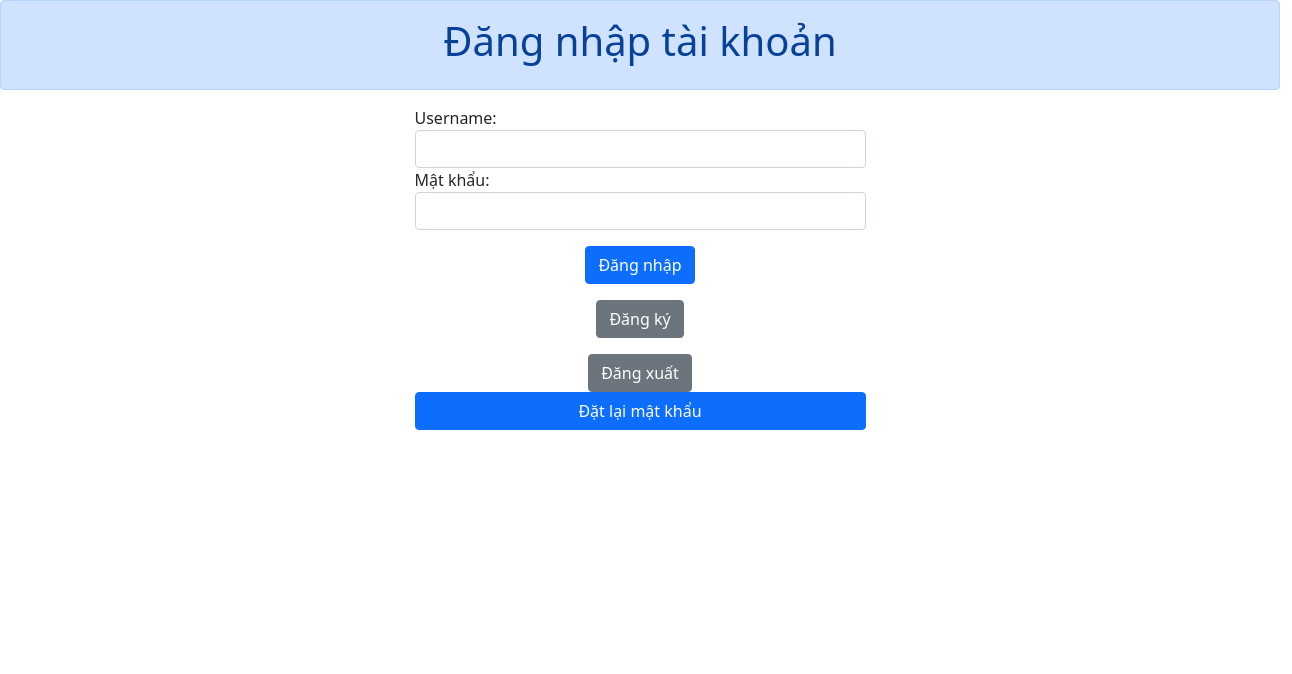
Repository: Carwyn1101/NguyenDinhHongPhuc_22133041
Page: http://localhost/LapTrinhWeb/views/login.jsp
An editor plug-in stored every save of this project. The page is shown before and after the next save, followed by the edit.
The browser window is 1280 px wide. The page is 1292 px wide, then 1280 px, so the pictures cover 1292 px, including what lies to the right of the window. The pictures show the whole page.
The page is served by Tomcat 10. Nobody is signed in. The application's start-up code is not run. Other server files are loaded and not shown.

Above is the page before, as saved 2024-09-15 07:17:14.

### LapTrinhWeb/src/main/webapp/views/login.jsp
<%@ page language="java" contentType="text/html; charset=UTF-8"
	pageEncoding="UTF-8"%>
<%@ taglib prefix="c" uri="http://java.sun.com/jsp/jstl/core" %>
<!DOCTYPE html>
<html>
<head>
<meta charset="UTF-8">
<meta name="viewport" content="width=device-width, initial-scale=1">
<!-- Bootstrap CSS -->
<link
	href="https://cdn.jsdelivr.net/npm/bootstrap@5.0.2/dist/css/
bootstrap.min.css"
	rel="stylesheet">
<title>Đăng nhập tài khoản</title>
</head>
<body>
	<header class="row">
		<div class="col">
			<div class="alert alert-primary col" align="center" >
				<h1>Đăng nhập tài khoản</h1>
			</div>
		</div>
	</header>
	<div class="container">
		<div class="row justify-content-center">
			<div class="col-12 col-md-5">
				<form action="login" method="post">
							<c:if test="${alert != null}">
								<label class="alert alert-danger">${alert}</label>
							</c:if>
					<div class="form-group">
						<label for="username">Username:</label> <input type="text" id="username"
							name="username" class="form-control" />
					</div>
					<div class="form-group">
						<label for="password">Mật khẩu: </label> <input type="password"
							id="password" name="password" class="form-control" />
					</div>
					<div class="form-group mt-3" align="center">
						<button type="submit" class="btn btn-primary">Đăng nhập</button>
					</div>
					<div class="form-group mt-3" align="center">
						<!-- Button chuyển hướng tới trang đăng ký -->
						<button type="button" class="btn btn-secondary" onclick="window.location.href='views/register.jsp'">Đăng ký</button>
					</div>
					<div class="form-group mt-3" align="center">
						<!-- Button logout -->
						<button type="button" class="btn btn-secondary" >Đăng xuất</button>
					</div>
					<div class="d-grid">
                        <button type="submit" class="btn btn-primary">Đặt lại mật khẩu</button>
                    </div>
				</form>
			</div>
		</div>
	</div>
</body>
</html>

After the next save:
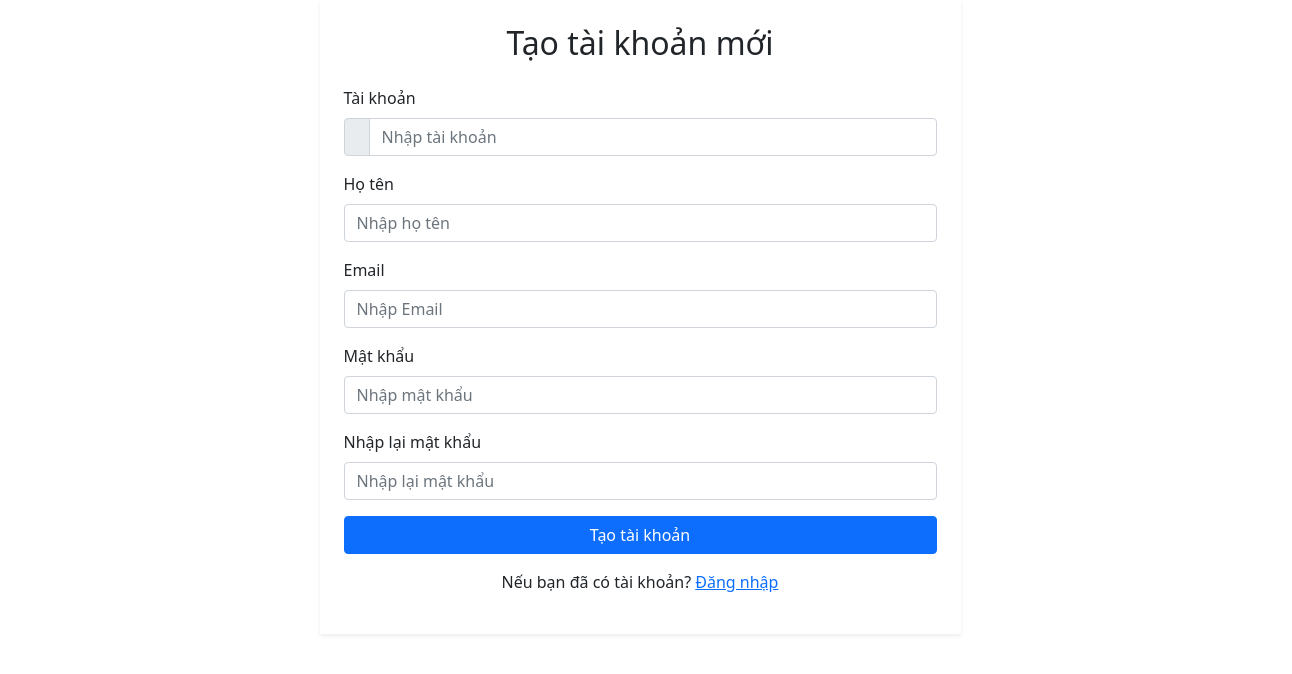
Saved 6 h 40 min later.
--- a/LapTrinhWeb/src/main/webapp/views/login.jsp
+++ b/LapTrinhWeb/src/main/webapp/views/login.jsp
@@ -10,47 +10,68 @@
 <link
 	href="https://cdn.jsdelivr.net/npm/bootstrap@5.0.2/dist/css/
 bootstrap.min.css"
-	rel="stylesheet">
-<title>Đăng nhập tài khoản</title>
+	rel="stylesheet"">
+<title>Đăng kí tài khoản</title>
 </head>
 <body>
-	<header class="row">
-		<div class="col">
-			<div class="alert alert-primary col" align="center" >
-				<h1>Đăng nhập tài khoản</h1>
-			</div>
-		</div>
-	</header>
 	<div class="container">
-		<div class="row justify-content-center">
-			<div class="col-12 col-md-5">
-				<form action="login" method="post">
+		<div class="section">
+			<div class="row justify-content-center">
+				<div class="col-12 col-md-7">
+					<div class="register-form shadow-sm p-4">
+						<h2 class="text-center mb-4">Tạo tài khoản mới</h2>
+						<form action="register" method="post">
 							<c:if test="${alert != null}">
-								<label class="alert alert-danger">${alert}</label>
+								<h3 class="alert alert-danger">${alert}</h3>
 							</c:if>
-					<div class="form-group">
-						<label for="username">Username:</label> <input type="text" id="username"
-							name="username" class="form-control" />
+
+							<div class="mb-3">
+								<label for="username" class="form-label">Tài khoản</label>
+								<div class="input-group">
+									<span class="input-group-text"> <i class="fa fa-user"></i>
+									</span> <input type="text" class="form-control" id="username"
+										name="username" placeholder="Nhập tài khoản" required>
+								</div>
+							</div>
+
+							<div class="mb-3">
+								<label for="fullname" class="form-label">Họ tên</label> <input
+									type="text" class="form-control" id="fullname" name="fullname"
+									placeholder="Nhập họ tên" required>
+							</div>
+
+							<div class="mb-3">
+								<label for="email" class="form-label">Email</label> <input
+									type="email" class="form-control" id="email" name="email"
+									placeholder="Nhập Email" required>
+							</div>
+
+							<div class="mb-3">
+								<label for="password" class="form-label">Mật khẩu</label> <input
+									type="password" class="form-control" id="password"
+									name="password" placeholder="Nhập mật khẩu" required>
+							</div>
+
+							<div class="mb-3">
+								<label for="confirmPassword" class="form-label">Nhập lại
+									mật khẩu</label> <input type="password" class="form-control"
+									id="confirmPassword" name="confirmPassword"
+									placeholder="Nhập lại mật khẩu" required>
+							</div>
+
+							<div class="d-grid">
+								<button type="submit" class="btn btn-primary">Tạo tài
+									khoản</button>
+							</div>
+
+							<div class="mt-3 text-center">
+								<p>
+									Nếu bạn đã có tài khoản? <a href="/login">Đăng nhập</a>
+								</p>
+							</div>
+						</form>
 					</div>
-					<div class="form-group">
-						<label for="password">Mật khẩu: </label> <input type="password"
-							id="password" name="password" class="form-control" />
-					</div>
-					<div class="form-group mt-3" align="center">
-						<button type="submit" class="btn btn-primary">Đăng nhập</button>
-					</div>
-					<div class="form-group mt-3" align="center">
-						<!-- Button chuyển hướng tới trang đăng ký -->
-						<button type="button" class="btn btn-secondary" onclick="window.location.href='views/register.jsp'">Đăng ký</button>
-					</div>
-					<div class="form-group mt-3" align="center">
-						<!-- Button logout -->
-						<button type="button" class="btn btn-secondary" >Đăng xuất</button>
-					</div>
-					<div class="d-grid">
-                        <button type="submit" class="btn btn-primary">Đặt lại mật khẩu</button>
-                    </div>
-				</form>
+				</div>
 			</div>
 		</div>
 	</div>
